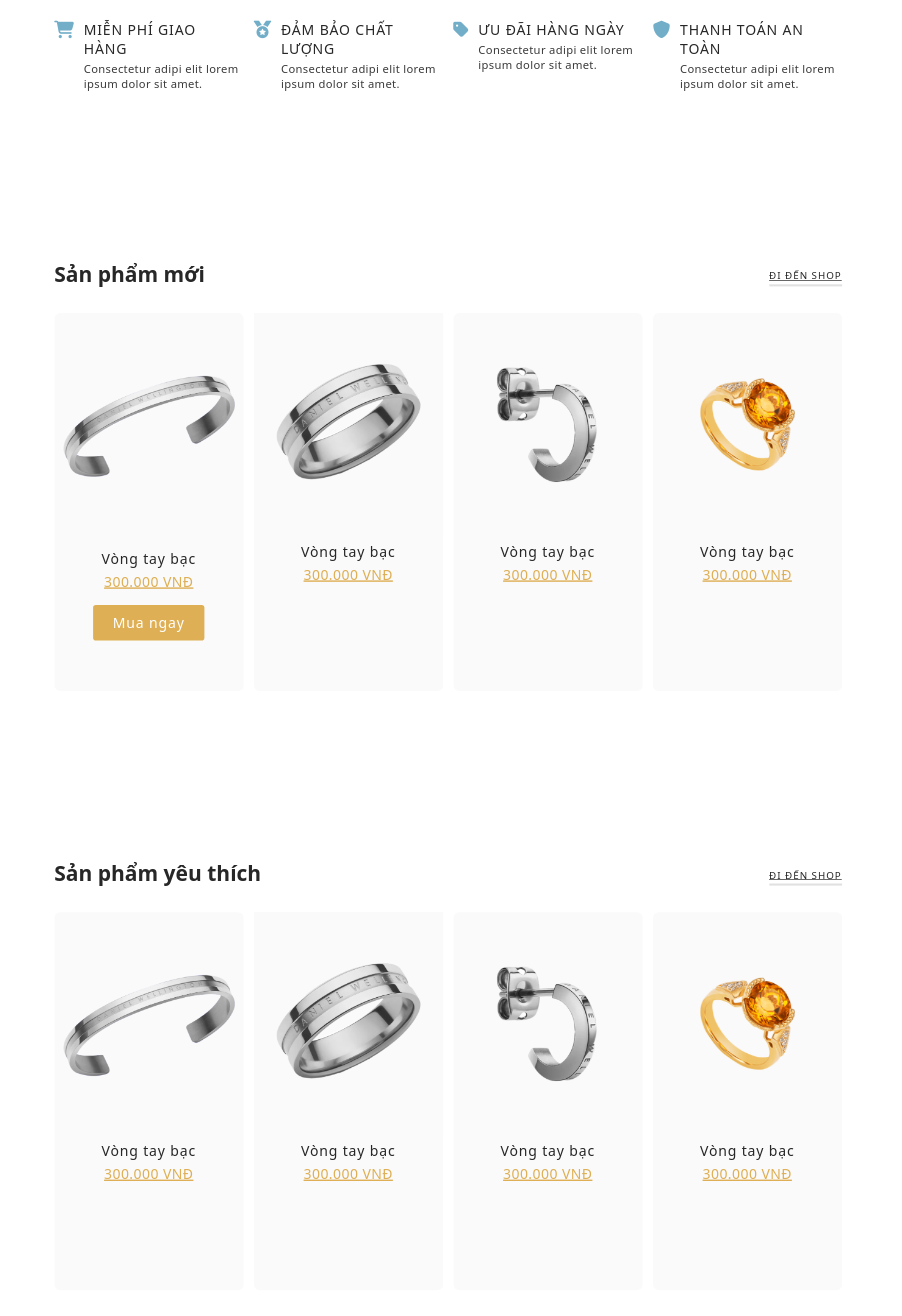
Repository: CangNgo/shoptrangsuc.github.io
Page: index.html
An editor plug-in stored every save of this project. The page is shown before and after the next save, followed by the edit.
The browser window is 1280 px wide. The page is 1288 px wide, so the pictures cover 1288 px, including what lies to the right of the window. The pictures show the part of the page from y = 813 to 2693 px (the page is 5591 px tall), at 70% of full size.

Above is the page before, as saved 2024-01-11 17:59:55.

After the next save:
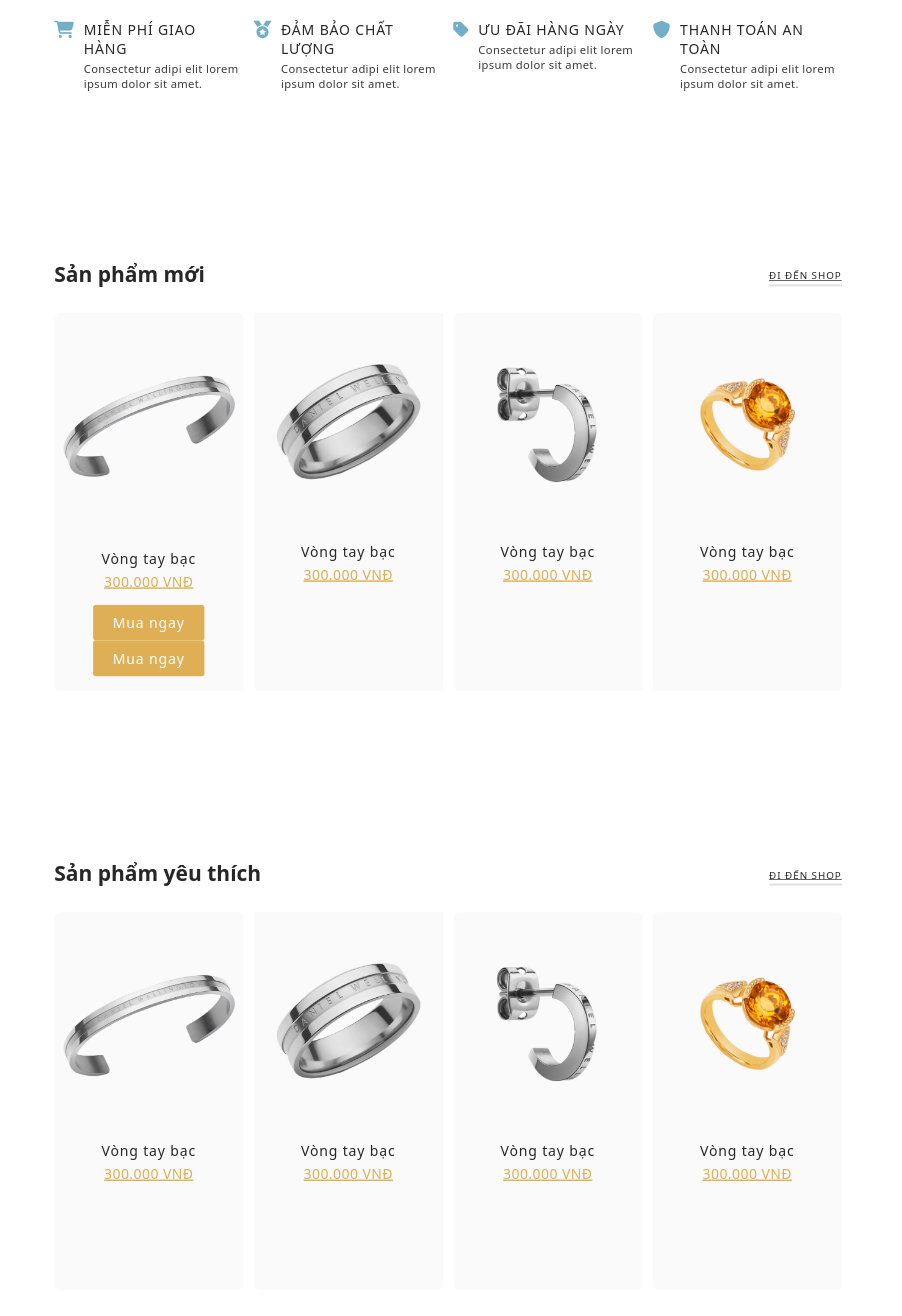
Saved 2 min 47 s later.
--- a/index.html
+++ b/index.html
@@ -163,6 +163,7 @@
                                 </div>
                                 <div class="buy-product">
                                     <button name="buy_product">Mua ngay</button>
+                                    <button name="buy_product">Mua ngay</button>
                                 </div>
                             </div>
                         </div>
